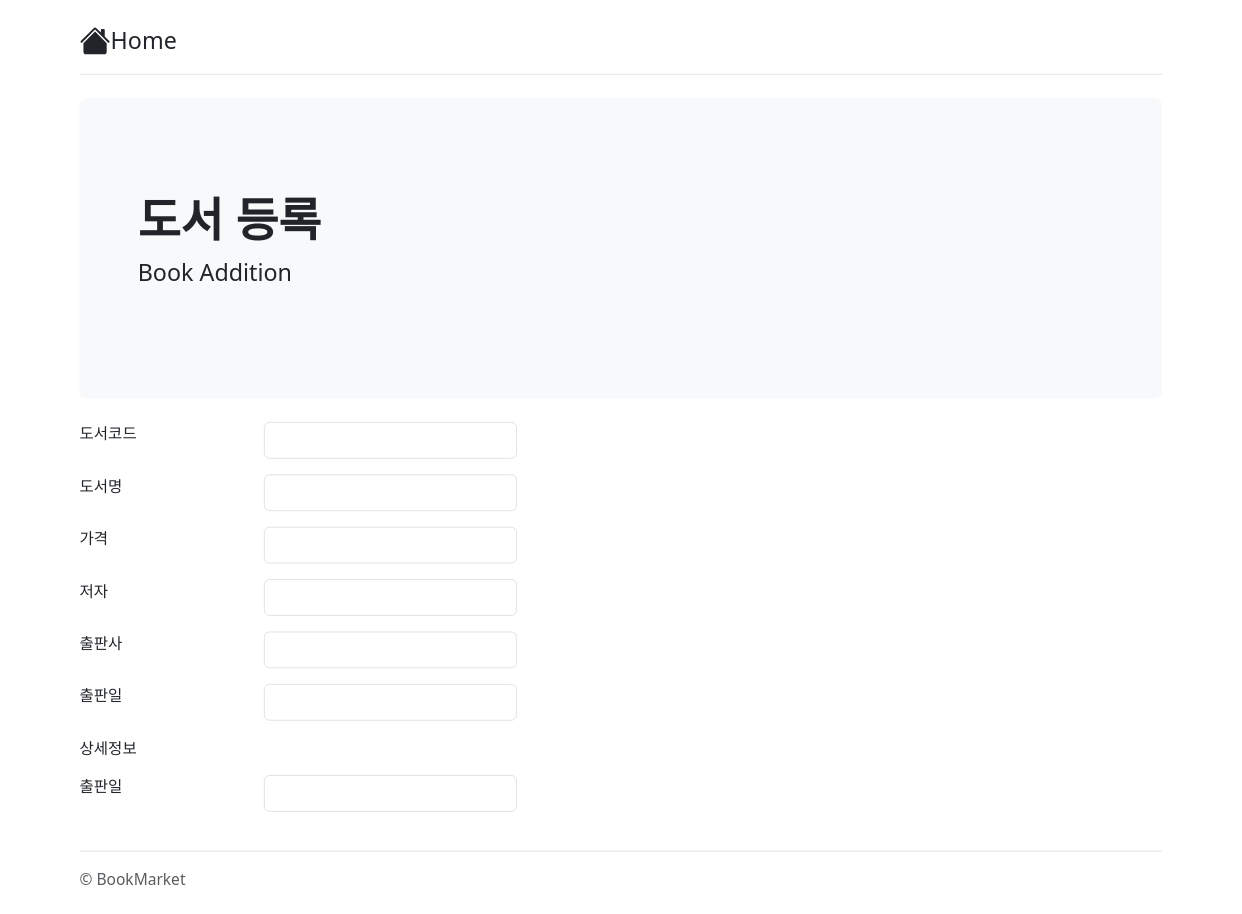
Repository: SJM7301/KH-JSP
Page: http://localhost/JSPBook/addBook.jsp
These files come from the project's save history. The page is drawn as it stood at one moment and after the next save; the edit follows.
The browser window is 1280 px wide. The pictures show the whole page, at 97% of full size.
The page is served by Tomcat 10.

Above is the page before, as saved 2025-02-05 02:51:00.

After the next save:
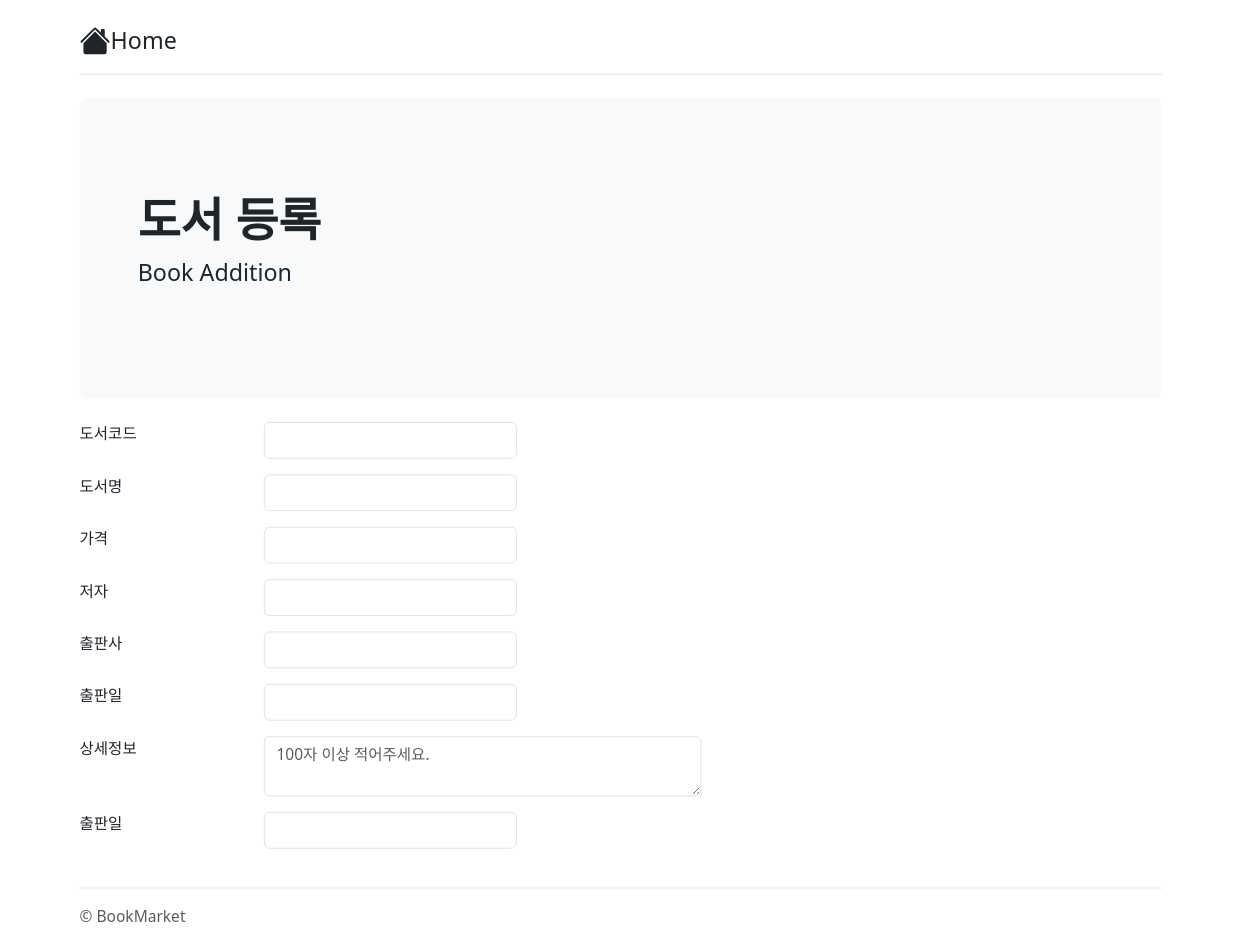
Saved 71 s later.
--- a/JSPBook/src/main/webapp/addBook.jsp
+++ b/JSPBook/src/main/webapp/addBook.jsp
@@ -62,7 +62,7 @@
 				<div class="mb-3 row">
 					<label class="col-sm-2">상세정보</label>
 					<div class="col-sm-5">
-
+						<textarea name="description" rows="2" cols="50" class="form-control" placeholder="100자 이상 적어주세요."></textarea>
 					</div>
 				</div>
 
